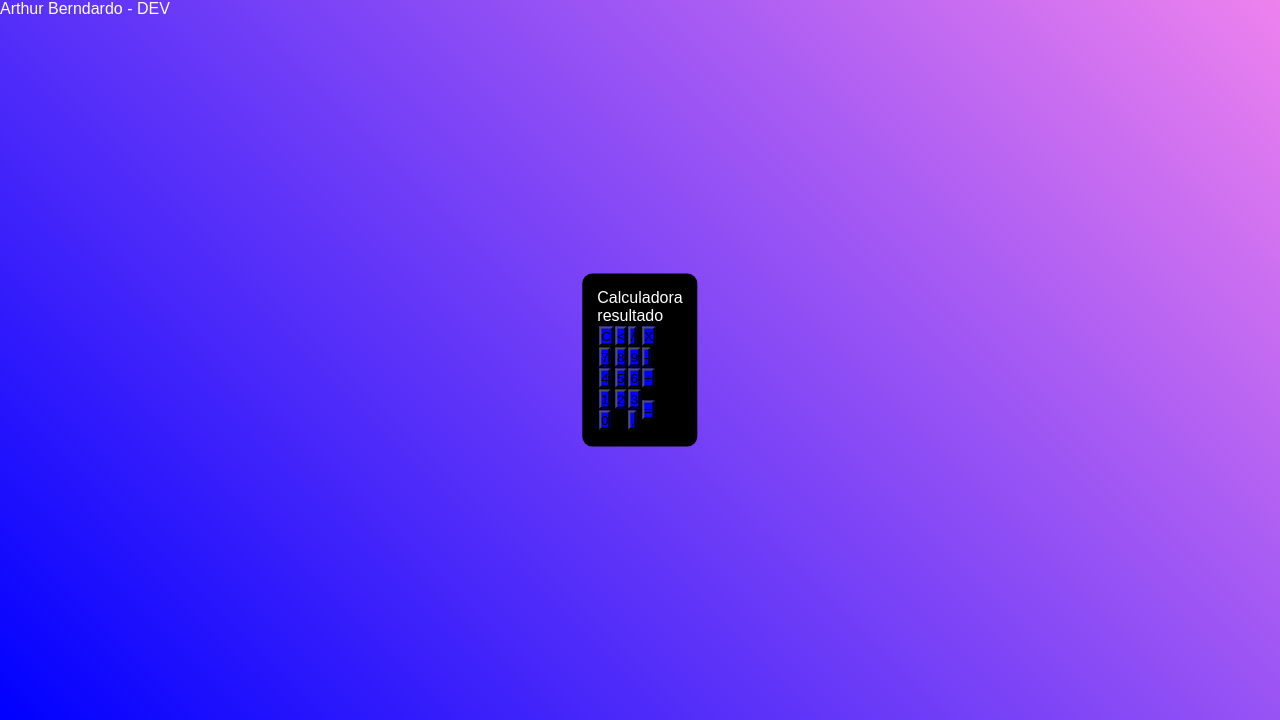
Repository: oThurDev/calculadora
Page: calculadora.html
An editor plug-in stored every save of this project. The page is shown before and after the next save, followed by the edit.
The browser window is 1280 px wide. The pictures show the whole page.

Above is the page before, as saved 2022-02-25 15:36:54.

After the next save:
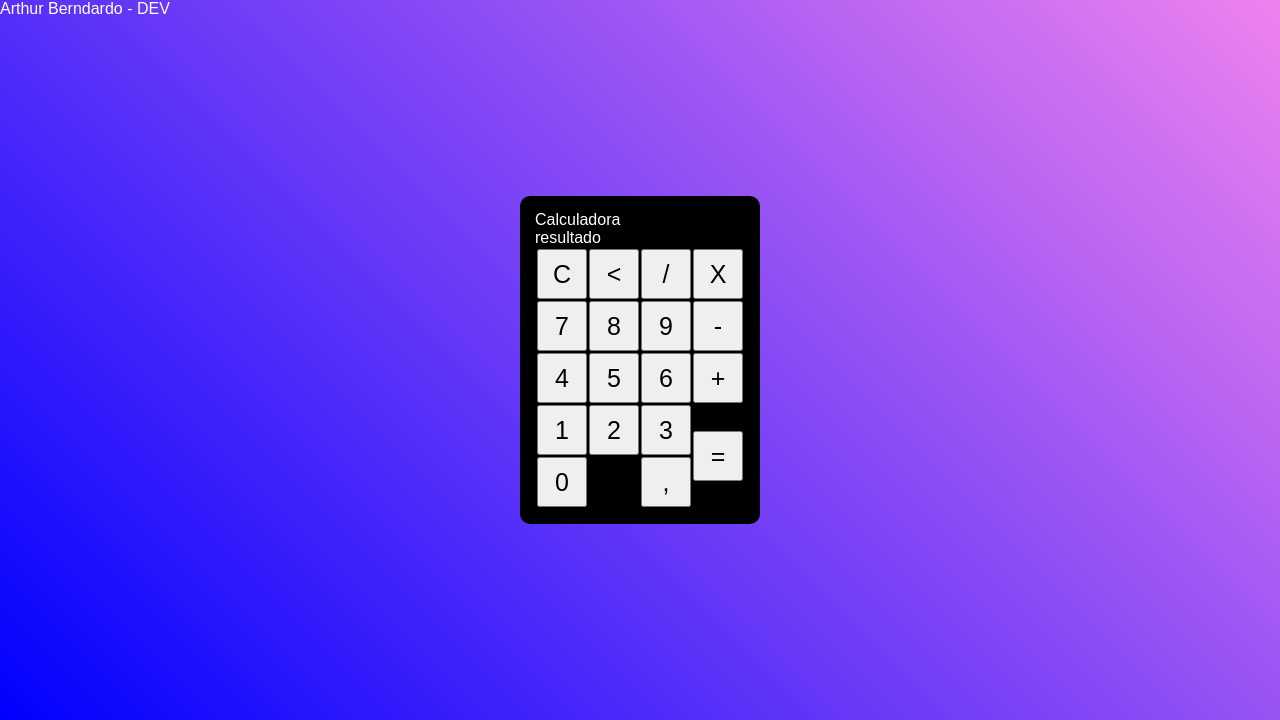
Saved 39 s later.
--- a/style_calculadora.css
+++ b/style_calculadora.css
@@ -21,5 +21,7 @@
 }
 
 .botao{
-    background-color: blue;
+    width: 50px;
+    height: 50px;
+    font-size: 25px;
 }
